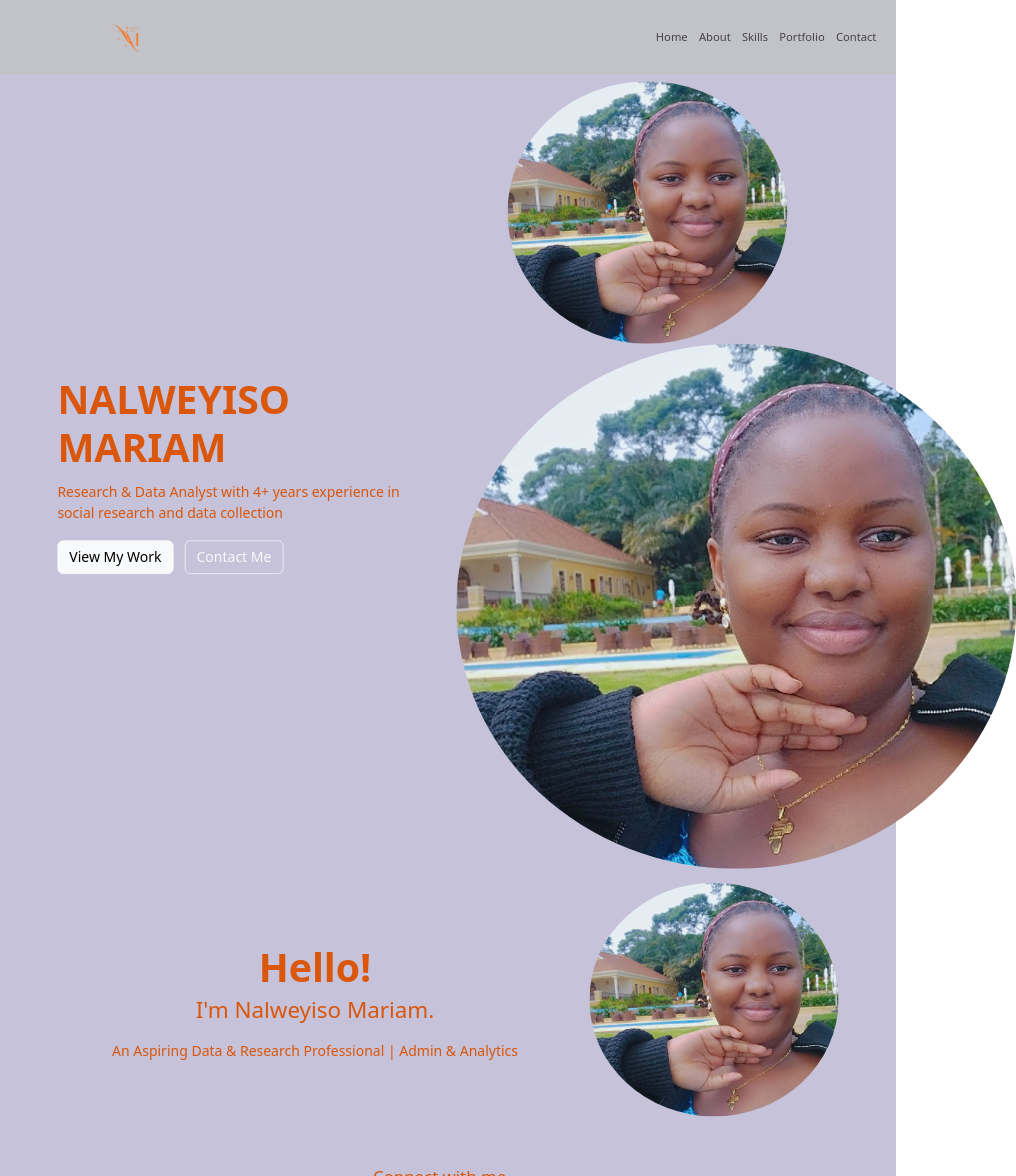
Repository: NalweMari/My-Personal-Portfolio
Page: index.html
The author's editor kept a copy of each file at every save. The page is drawn from the files as they stood at one save, then again after the next save.
The browser window is 1280 px wide. The page is 1452 px wide, so the pictures cover 1452 px, including what lies to the right of the window. The pictures show the part of the page from y = 0 to 1680 px (the page is 2622 px tall before and 2759 px after), at 70% of full size.

Above is the page before, as saved 2025-11-28 11:16:39.
Console error (its wording comes from the project's code and is left out).

### index.html
<!DOCTYPE html>
<html lang="en">

<head>
    <meta charset="UTF-8">
    <meta name="viewport" content="width=device-width, initial-scale=1.0">
    <title>My Portfolio</title>
    <link rel="stylesheet" href="style.css">
    <!-- Bootstrap CSS -->
    <link href="https://cdn.jsdelivr.net/npm/bootstrap@5.3.0/dist/css/bootstrap.min.css" rel="stylesheet">
    <!-- Font Awesome for icons -->
    <link rel="stylesheet" href="https://cdnjs.cloudflare.com/ajax/libs/font-awesome/6.4.0/css/all.min.css">

</head>

<body>
    <!-- Navigation -->

    <nav class="navbar navbar-expand-lg navbar-light bg-custom">
        <div class="container me-2">
            <a class="navbar-brand" href="#"><img src="images/Initials_Logo-preview (1).png" alt="Your Logo"
                    height="80"></a> <button class="navbar-toggler" type="button" data- 6 toggle="collapse"
                data-target="#navbarNav" aria-controls="navbarNav" aria-expanded="false" aria-label="Toggle navigation">
                <span class="navbar-toggler-icon"></span> </button>
            <div class="collapse navbar-collapse" id="navbarNav">
                <ul class="navbar-nav ms-auto">
                    <li class="nav-item"><a class="nav-link" href="#home">Home</a></li>
                    <li class="nav-item"><a class="nav-link" href="#about">About</a></li>
                    <li class="nav-item"><a class="nav-link" href="#skills">Skills</a></li>
                    <li class="nav-item"><a class="nav-link" href="#portfolio">Portfolio</a></li>
                    <li class="nav-item"><a class="nav-link" href="#contact">Contact</a></li>
                </ul>
            </div>
        </div>
    </nav>

    <!-- Hero Section -->
    <section id="home" class="hero-section">
        <div class="container">
            <div class="row align-items-center">
                <div class="col-lg-6">
                    <h1 class="display-4 fw-bold mb-3">NALWEYISO MARIAM</h1>
                    <p class="lead mb-4">Research & Data Analyst with 4+ years experience in social research and data collection</p>
                    <div class="d-flex flex-wrap gap-3">
                        <a href="#portfolio" class="btn btn-light btn-lg">View My Work</a>
                        <a href="#contact" class="btn btn-outline-light btn-lg">Contact Me</a>
                    </div>
                </div>
                <div class="col-lg-6 text-center mt-5 mt-lg-0">
                    <img src="images/Profile design.png" alt="Profile" class="img-fluid rounded-circle large-profile">
                    <img src="images/Profile design.png" class="profile-image rounded-circle" alt="Nalweyiso Mariam">
                </div>
            </div>
        </div>
    </section>

    <!-- Hero Section -->
    <!-- <section id="home" class="hero-section text-center">
        <div class="container">
            <h1 class="display-4 fw-bold">MARIAM</h1>
            <p class="lead">Web Developer & UI/UX Designer</p>
            <a href="#projects" class="btn btn-primary btn-lg mt-3">View My Work</a>
        </div>
    </section> -->
    <section id="home" class="hero-section text-center">
        <div class="container">
            <div class="row align-items-center">
                <div class="col-md-8">
                    <h1 class="display-4 fw-bold">Hello!</h1>
                    <h2 class="mb-4">I'm Nalweyiso Mariam.</h2>
                    <p class="lead">An Aspiring Data & Research Professional | Admin & Analytics</p>
                    <p></p>
                    <!-- <a href="#projects" class="btn btn-primary btn-lg mt-3">View My Work</a>
                    <a href="#" class="btn btn-outline-primary mt-3">Download CV</a> -->
                </div>
                <div class="col-md-4 text-center mb-4">
                    <img src="images/Profile design.png" alt="Profile" class="img-fluid rounded-circle large-profile">
                </div>
                <div class="row mt-5">
                    <div class="col text-center">
                        <h4>Connect with me</h4>
                        <div class="mt-3">
                            <a href="#" class="text-dark me-3"><i class="fab fa-linkedin fa-2x"></i></a>
                            <a href="#" class="text-dark me-3"><i class="fab fa-github fa-2x"></i></a>
                            <a href="#" class="text-dark me-3"><i class="fab fa-twitter fa-2x"></i></a>
                        </div>
                    </div>
                </div>
    </section>
    <!-- About Section -->

    <section id="about" class="py-5">
        <div class="container">
            <h1 class="">MARIAM</h1>
            <p class="lead">Web Developer & UI/UX Designer</p>
            <a href="#projects" class="btn btn-primary btn-lg mt-3">View My Work</a>
            <section id="about" class="">
                <div class="container">
                    <div class="row align-items-center">
                        <div class="display-4 fw-bold">
                            <img src="https://via.placeholder.com/300" alt="Profile" class="img-fluid rounded-circle">
                        </div>
                        <div class="col-md-8">
                            <h2 class="mb-4">About Me</h2>
                            <p class="lead">I'm a research /data analyst with of 4 years
                                experience in social research, qualitative and quantitative data collection.</p>
                            <p>I'm currently developing strong analytical capacity with practical learning in Excel,
                                SQL,
                                Python,
                                and data visualization. Skilled in documentation, scheduling, planning, teamwork, and
                                report
                                drafting, with additional beginner-level exposure to web development. I'm always eager
                                to learn
                                new technologies and take on challenging projects.</p>
                            <a href="#" class="btn btn-outline-primary mt-3">Download CV</a>
                        </div>
                    </div>
                </div>
            </section>
            <script src="https://stackpath.bootstrapcdn.com/bootstrap/4.5.2/js/bootstrap.min.js"></script>
</body>

</html>

### Style.css
.bg-custom {
  background-color: rgba(3, 0, 31, 0.24);
}

.hero-section {
  background-color: rgba(13, 3, 99, 0.24);
  color:  rgb(218, 86, 10);
     /* color: white; */
  padding: 10px 0;
}
.large-profile {
    width: 400px;
    height: 400px;
    object-fit: cover;
}
/* .skill-bar {
  height: 20px;
  background-color: #e9ecef;
  border-radius: 5px;
  margin-bottom: 15px;
}
.skill-progress {
  height: 100%;
  border-radius: 5px;
  background-color: #0d6efd;
}
.project-card {
  transition: transform 0.3s;
}
.project-card:hover {
  transform: translateY(-5px);
} */

After the next save:
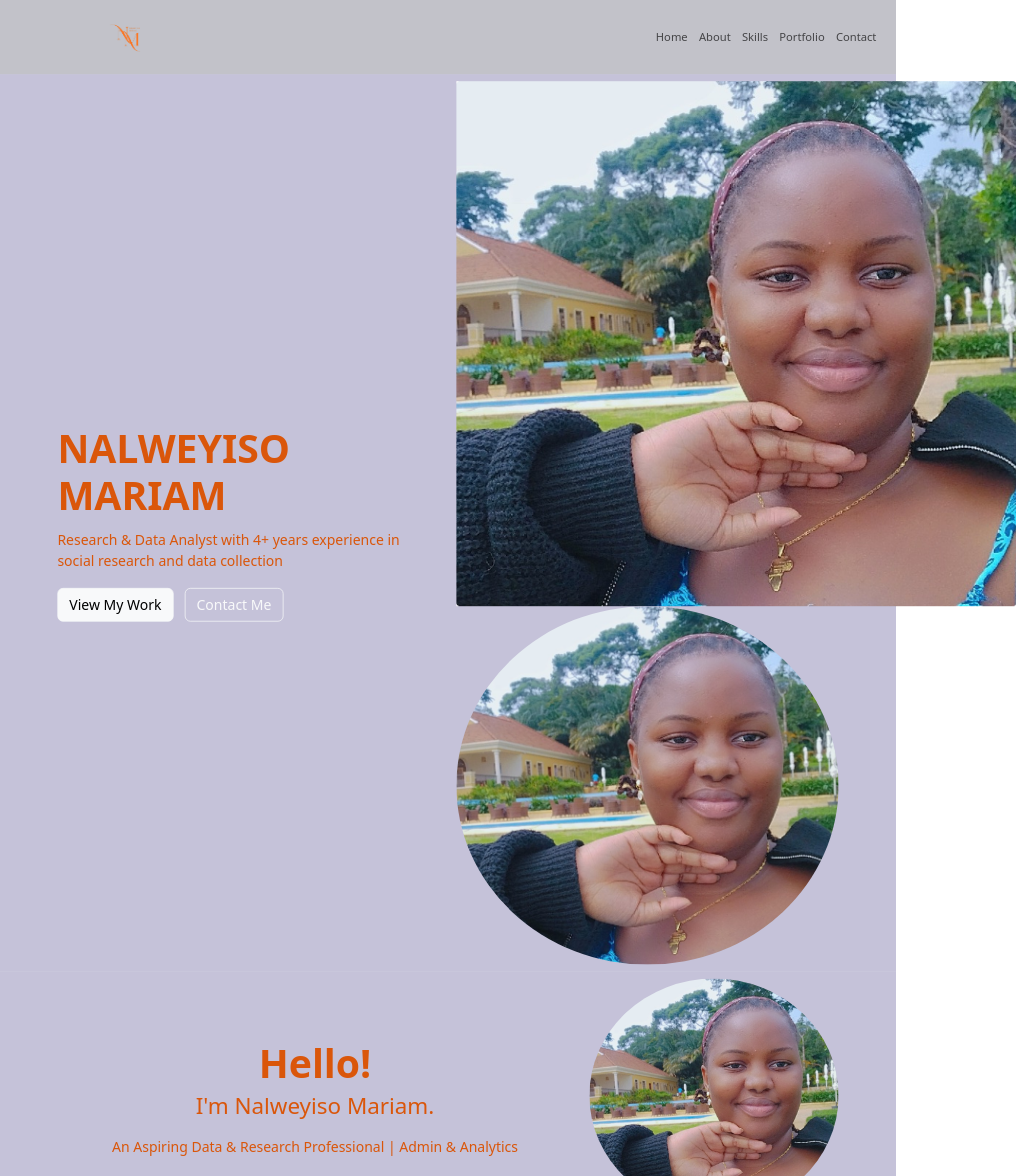
Saved 52 s later.
--- a/index.html
+++ b/index.html
@@ -47,8 +47,8 @@
                     </div>
                 </div>
                 <div class="col-lg-6 text-center mt-5 mt-lg-0">
-                    <img src="images/Profile design.png" alt="Profile" class="img-fluid rounded-circle large-profile">
-                    <img src="images/Profile design.png" class="profile-image rounded-circle" alt="Nalweyiso Mariam">
+                    <img src="images/Profile design.png" alt="Profile" class="">
+                    <img src="images/Profile design.png" class="img-fluid rounded-circle large-profileprofile-image rounded-circle" alt="Nalweyiso Mariam">
                 </div>
             </div>
         </div>
